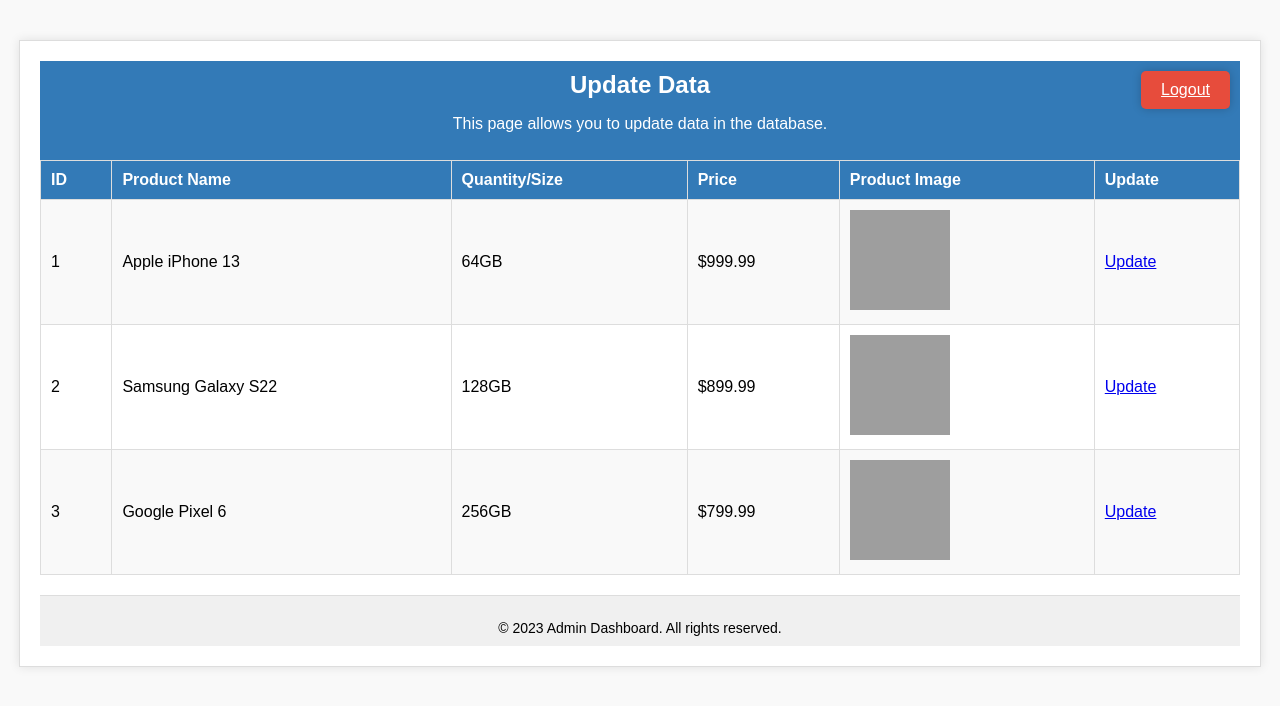
Repository: shamchiwade/GroceryNow
Page: http://localhost/ShopManagement/updateData.jsp
The author's editor kept a copy of each file at every save. The page is drawn from the files as they stood at one save, then again after the next save.
The browser window is 1280 px wide. The pictures show the whole page.
Pictures or frames that could not be fetched are drawn as grey boxes. The page is served by Tomcat 10. Nobody is signed in. The application's start-up code is not run. Other server files are loaded and not shown.

Above is the page before, as saved 2024-10-05 19:05:01.

### ShopManagement/src/main/webapp/updateData.jsp
<!-- updateData.jsp -->

<%@ page language="java" contentType="text/html; charset=UTF-8"
    pageEncoding="UTF-8"%>
<!DOCTYPE html>
<html>
<head>
    <title>Update Data</title>
    <style>
        body {
            font-family: Arial, sans-serif;
            margin: 0;
            padding: 0;
            background-color: #f9f9f9;
 }

        .admin-container {
            max-width: 1200px;
            margin: 40px auto;
            padding: 20px;
            background-color: #fff;
            border: 1px solid #ddd;
            box-shadow: 0 0 10px rgba(0, 0, 0, 0.1);
        }

        .admin-header {
            background-color: #337ab7;
            color: #fff;
            padding: 10px;
            text-align: center;
            border-bottom: 1px solid #337ab7;
            position: relative;
        }

        .admin-header h1 {
            margin-top: 0;
            font-size: 24px;
        }

        .logout-button {
            position: absolute;
            top: 10px;
            right: 10px;
            background-color: #e74c3c;
            color: #fff;
            padding: 10px 20px;
            border: none;
            font-size: 16px;
            cursor: pointer;
            border-radius: 5px;
            box-shadow: 0 0 10px rgba(0, 0, 0, 0.2);
        }

        .logout-button:hover {
            background-color: #c0392b;
        }

        .data-table {
            width: 100%;
            border-collapse: collapse;
            margin-bottom: 20px;
        }

        .data-table th, .data-table td {
            border: 1px solid #ddd;
            padding: 10px;
            text-align: left;
        }

        .data-table th {
            background-color: #337ab7;
            color: #fff;
        }

        .data-table tr:nth-child(even) {
            background-color: #f9f9f9;
        }

        .data-table tr:hover {
            background-color: #f2f2f2;
        }

        .admin-footer {
            background-color: #f0f0f0;
            padding: 10px;
            text-align: center;
            clear: both;
            border-top: 1px solid #ddd;
        }

        .admin-footer p {
            margin-bottom: 0;
            font-size: 14px;
        }
    </style>
</head>
<body>
    <div class="admin-container">
        <div class="admin-header">
            <h1>Update Data</h1>
            <p>This page allows you to update data in the database.</p>
            <a href="logout.jsp" class="logout-button">Logout</a>
        </div>
        <table class="data-table">
            <tr>
                <th>ID</th>
                <th>Product Name</th>
                <th>Quantity/Size</th>
                <th>Price</th>
                <th>Product Image</th>
                <th>Update</th>
            </tr>
            <tr>
                <td>1</td>
                <td>Apple iPhone 13</td>
                <td>64GB</td>
                <td>$999.99</td>
                <td><img src="https://example.com/iphone13.jpg" width="100" height="100"></td>
                <td><a href="#" class="btn">Update</a></td>
            </tr>
            <tr>
                <td>2</td>
                <td>Samsung Galaxy S22</td>
                <td>128GB</td>
                <td>$899.99</td>
                <td><img src="https://example.com/galaxys22.jpg" width="100" height="100"></td>
                <td><a href="#" class="btn">Update</a></td>
            </tr>
            <tr>
                <td>3</td>
                <td>Google Pixel 6</td>
                <td>256GB</td>
                <td>$799.99</td>
                <td><img src="https://example.com/pixel6.jpg" width="100" height="100"></td>
                <td><a href="#" class="btn">Update</a></td>
            </tr>
        </table>
        <div class="admin-footer">
            <p>&copy; 2023 Admin Dashboard. All rights reserved.</p>
        </div>
    </div>
</body>
</html>

After the next save:
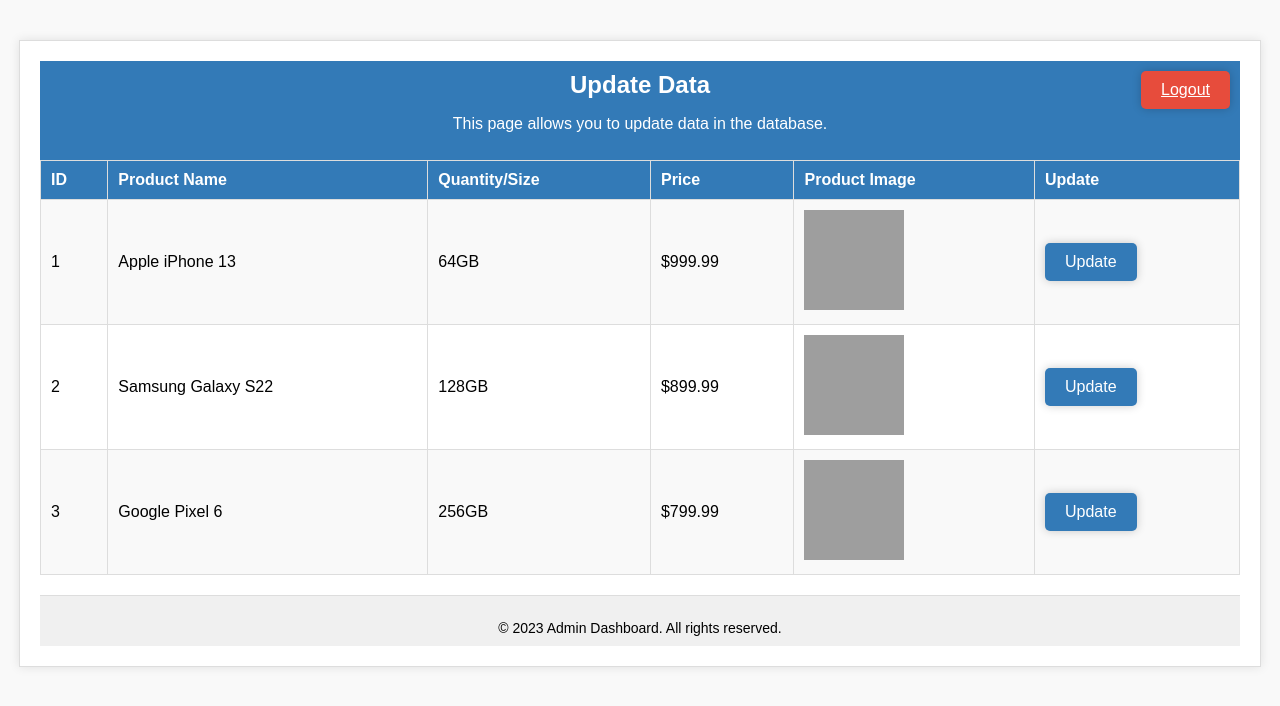
Saved 2 min 48 s later.
--- a/ShopManagement/src/main/webapp/updateData.jsp
+++ b/ShopManagement/src/main/webapp/updateData.jsp
@@ -12,7 +12,7 @@
             margin: 0;
             padding: 0;
             background-color: #f9f9f9;
- }
+        }
 
         .admin-container {
             max-width: 1200px;
@@ -80,6 +80,21 @@
             background-color: #f2f2f2;
         }
 
+        .update-button {
+            background-color: #337ab7;
+            color: #fff;
+            padding: 10px 20px;
+            border: none;
+            font-size: 16px;
+            cursor: pointer;
+            border-radius: 5px;
+            box-shadow: 0 0 10px rgba(0, 0, 0, 0.2);
+        }
+
+        .update-button:hover {
+            background-color: #23527c;
+        }
+
         .admin-footer {
             background-color: #f0f0f0;
             padding: 10px;
@@ -116,7 +131,7 @@
                 <td>64GB</td>
                 <td>$999.99</td>
                 <td><img src="https://example.com/iphone13.jpg" width="100" height="100"></td>
-                <td><a href="#" class="btn">Update</a></td>
+                <td><button class="update-button">Update</button></td>
             </tr>
             <tr>
                 <td>2</td>
@@ -124,7 +139,7 @@
                 <td>128GB</td>
                 <td>$899.99</td>
                 <td><img src="https://example.com/galaxys22.jpg" width="100" height="100"></td>
-                <td><a href="#" class="btn">Update</a></td>
+                <td><button class="update-button">Update</button></td>
             </tr>
             <tr>
                 <td>3</td>
@@ -132,7 +147,7 @@
                 <td>256GB</td>
                 <td>$799.99</td>
                 <td><img src="https://example.com/pixel6.jpg" width="100" height="100"></td>
-                <td><a href="#" class="btn">Update</a></td>
+                <td><button class="update-button">Update</button></td>
             </tr>
         </table>
         <div class="admin-footer">
